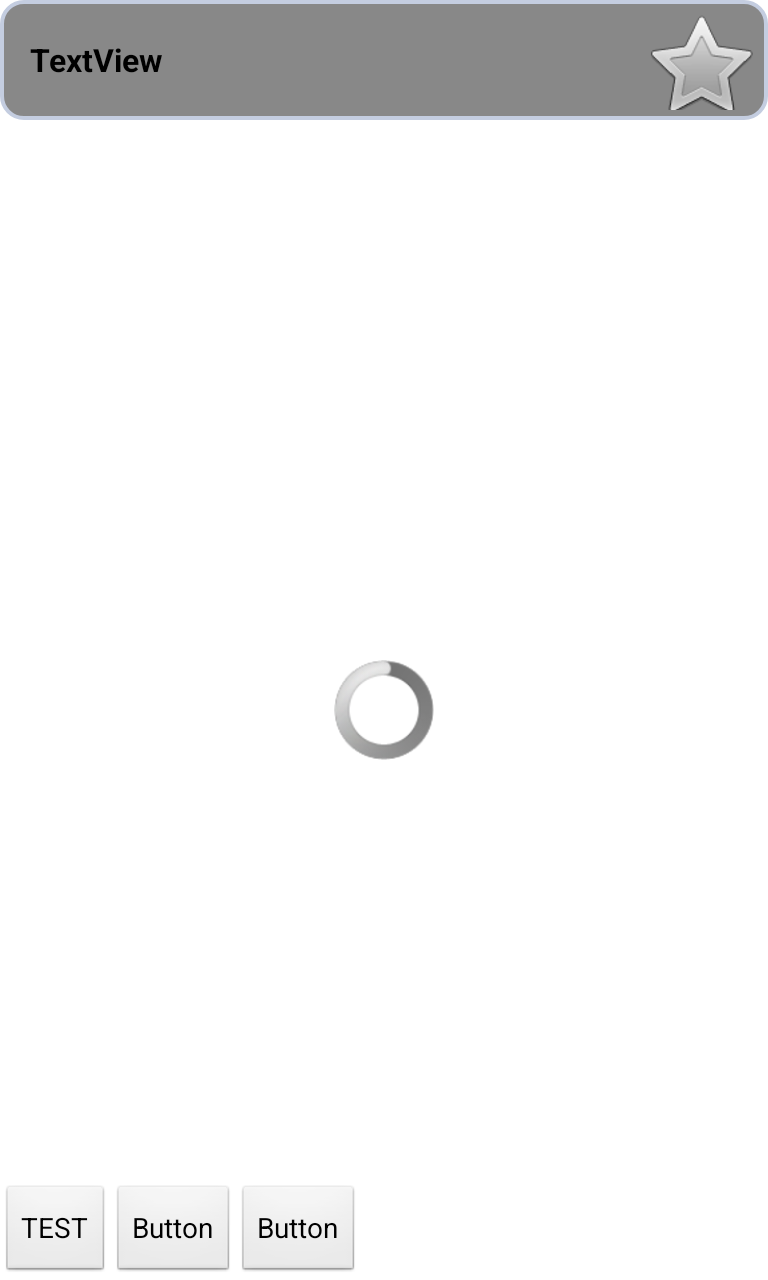
Repository: vinothsridhar/CrickBuzzChallenge
Layout: CricBuzzAndroidApp/res/layout/activity_playerprofile.xml
These files come from the project's save history. The layout is drawn as it stood at one moment and after the next save; the edit follows.
It is drawn on a 768 x 1280 px phone screen (xhdpi) without system bars, with theme AppTheme; the app's code is not run.

Above is the layout before, as saved 2014-12-20 14:33:03.

### CricBuzzAndroidApp/res/layout/activity_playerprofile.xml
<RelativeLayout xmlns:android="http://schemas.android.com/apk/res/android"
    xmlns:tools="http://schemas.android.com/tools"
    android:layout_width="match_parent"
    android:layout_height="match_parent" >

    <include
        android:id="@+id/topItem"
        layout="@layout/playlist_item" />

    <RelativeLayout
        android:layout_width="fill_parent"
        android:layout_height="fill_parent"
        android:layout_below="@+id/topItem" >

        <ProgressBar
            android:id="@+id/profileProgress"
            android:layout_width="50dp"
            android:layout_height="50dp"
            android:layout_centerInParent="true" />

        <RelativeLayout
            android:id="@+id/profileInfo"
            android:layout_width="fill_parent"
            android:layout_height="fill_parent"
            android:orientation="vertical" >

            <LinearLayout
                android:layout_width="match_parent"
                android:layout_height="wrap_content"
                android:layout_alignParentBottom="true"
                android:orientation="horizontal" >

                <Button
                    android:id="@+id/test"
                    android:layout_width="wrap_content"
                    android:layout_height="wrap_content"
                    android:text="@string/test_text" />

                <Button
                    android:id="@+id/odi"
                    android:layout_width="wrap_content"
                    android:layout_height="wrap_content"
                    android:text="Button" />

                <Button
                    android:id="@+id/button3"
                    android:layout_width="wrap_content"
                    android:layout_height="wrap_content"
                    android:text="Button" />

            </LinearLayout>
        </RelativeLayout>
    </RelativeLayout>

</RelativeLayout>

### CricBuzzAndroidApp/res/values/styles.xml
<resources xmlns:android="http://schemas.android.com/apk/res/android">
    <style name="AppBaseTheme" parent="@android:style/Theme.Light.NoTitleBar">
    </style>

    <style name="AppTheme" parent="AppBaseTheme">
    </style>

    <style name="BoldText">
        <item name="android:textSize">@dimen/medium_text</item>
        <item name="android:textStyle">bold</item>
        <item name="android:padding">5dp</item>
    </style>

    <style name="TitleText">
        <item name="android:textSize">@dimen/big_text</item>
        <item name="android:background">@color/black</item>
        <item name="android:textColor">@color/white</item>
        <item name="android:textStyle">bold</item>
        <item name="android:gravity">center_vertical</item>
        <item name="android:padding">5dp</item>
    </style>

    <style name="TitleIcon" parent="@android:style/Widget.TabWidget">
        <item name="android:gravity">center_vertical</item>
        <item name="android:background">@drawable/tab_holo</item>
        <item name="android:paddingLeft">5dp</item>
        <item name="android:paddingRight">5dp</item>
    </style>

    <style name="TotalText" parent="BoldText">
        <item name="android:textColor">@color/black</item>
        <item name="android:background">@color/yellow</item>
        <item name="android:weightSum">2</item>
        <item name="android:gravity">center</item>
    </style>

    <style name="PlayerNameText">
        <item name="android:textColor">@color/black</item>
        <item name="android:textSize">@dimen/big_text</item>
        <item name="android:paddingLeft">10dp</item>
        <item name="android:textStyle">bold</item>
    </style>

</resources>

### CricBuzzAndroidApp/res/layout/playlist_item.xml
<?xml version="1.0" encoding="utf-8"?>
<LinearLayout xmlns:android="http://schemas.android.com/apk/res/android"
    android:layout_width="match_parent"
    android:layout_height="60dp"
    android:layout_gravity="center_vertical"
    android:gravity="center_vertical"
    android:background="@drawable/playerlistitem"
    android:layout_marginBottom="10dp"
    android:clickable="true"
    android:orientation="horizontal" >

    <TextView
        android:id="@+id/playerName"
        android:layout_width="fill_parent"
        android:layout_height="wrap_content"
        android:layout_weight="1"
        style="@style/PlayerNameText"
        android:text="TextView" />

    <RatingBar
        android:id="@+id/ratingBar1"
        android:layout_width="wrap_content"
        android:layout_height="wrap_content"
        android:layout_weight="0"
        android:stepSize="1"
        android:numStars="1" />

</LinearLayout>

### CricBuzzAndroidApp/res/values/strings.xml
<?xml version="1.0" encoding="utf-8"?>
<resources>

    <string name="app_name">CricBuzzAndroidApp</string>
	<string name="loading_playlist_text">Loading Playlist</string>
	<string name="total_players_text">Total Players: %1$s</string>
	<string name="total_favorites_text">Favorites: %1$s</string>
	<string name="test_text">TEST</string>
	<string name="odi_text">ODI</string>
	<string name="t20_text">T20</string>
</resources>

### CricBuzzAndroidApp/res/drawable/playerlistitem.xml
<?xml version="1.0" encoding="utf-8"?>
<selector xmlns:android="http://schemas.android.com/apk/res/android">

    <item android:state_pressed="true"><shape android:shape="rectangle">
            <solid android:color="#588687"></solid>

            <stroke android:width="2dp" android:color="#C4CDE0"></stroke>

            <padding android:bottom="5dp" android:left="5dp" android:right="5dp" android:top="5dp"></padding>

            <corners android:radius="11dp"></corners>
        </shape></item>
    <item android:state_pressed="false"><shape android:shape="rectangle">
            <solid android:color="#888888"></solid>

            <stroke android:width="2dp" android:color="#C4CDE0"></stroke>

            <padding android:bottom="5dp" android:left="5dp" android:right="5dp" android:top="5dp"></padding>

            <corners android:radius="11dp"></corners>
        </shape></item>

</selector>

### CricBuzzAndroidApp/res/values/colors.xml
<?xml version="1.0" encoding="utf-8"?>
<resources>
    <color name="black">#000000</color>
    <color name="white">#ffffff</color>
    <color name="yellow">#FFCC00</color>
</resources>

### CricBuzzAndroidApp/res/values/dimens.xml
<resources>

    <!-- Text sizes -->
    <dimen name="small_text">12sp</dimen>
    <dimen name="medium_text">14sp</dimen>
    <dimen name="big_text">16sp</dimen>

</resources>

After the next save:
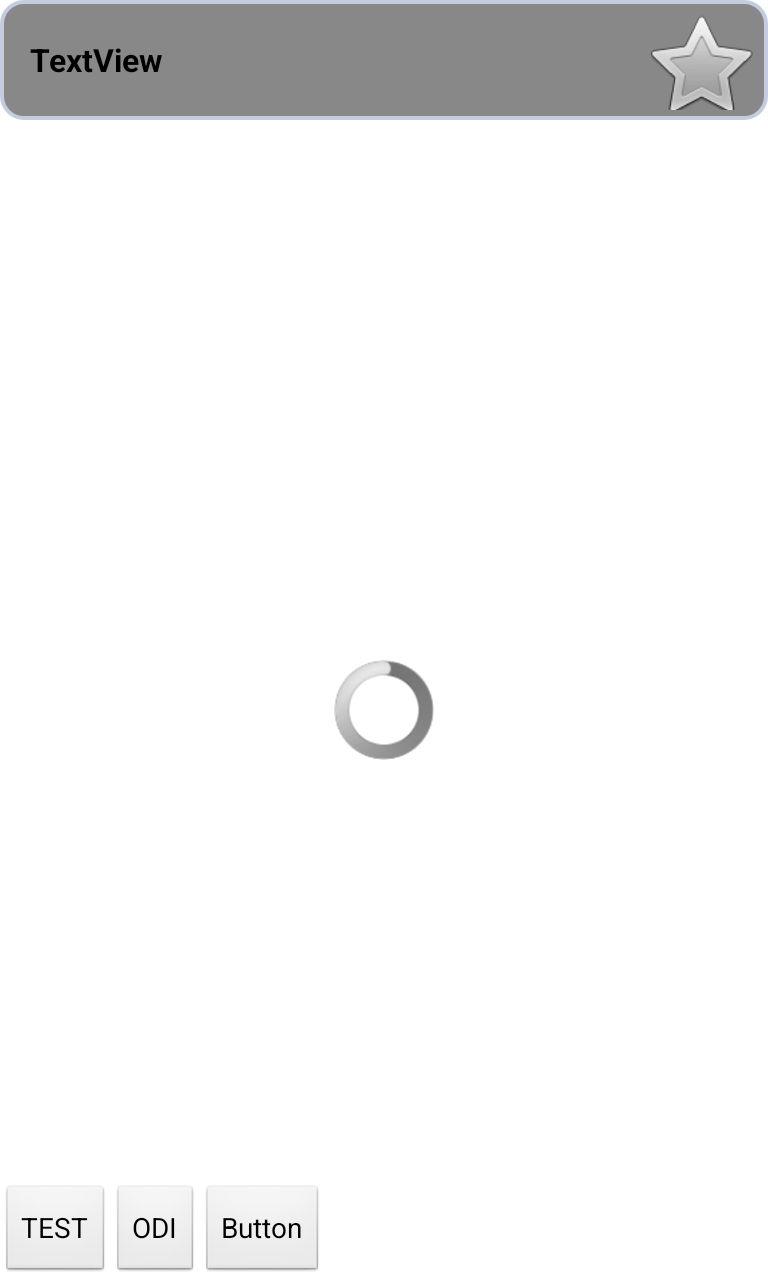
Saved 8 s later.
--- a/CricBuzzAndroidApp/res/layout/activity_playerprofile.xml
+++ b/CricBuzzAndroidApp/res/layout/activity_playerprofile.xml
@@ -40,7 +40,7 @@
                     android:id="@+id/odi"
                     android:layout_width="wrap_content"
                     android:layout_height="wrap_content"
-                    android:text="Button" />
+                    android:text="@string/odi_text" />
 
                 <Button
                     android:id="@+id/button3"
